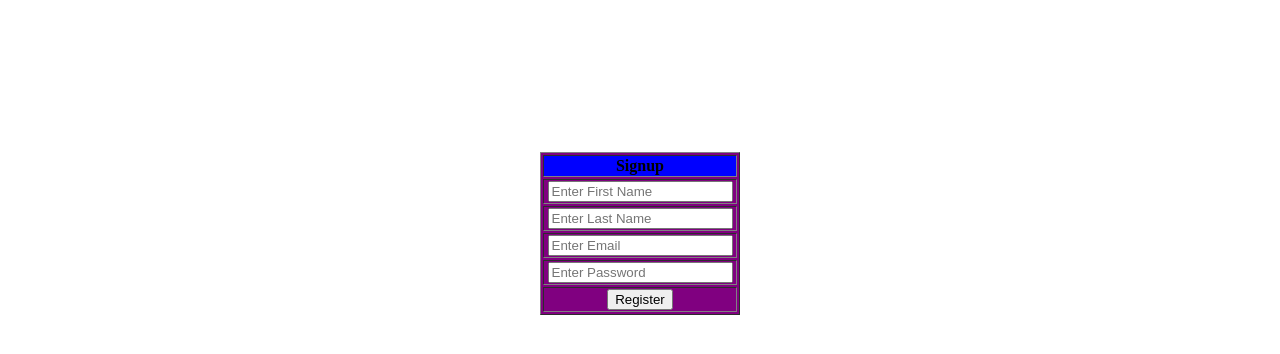
Repository: 1919satya/Mode2
Page: sample/sample/WebContent/sample.html
These files come from the project's save history. The page is drawn as it stood at one moment and after the next save; the edit follows.
The browser window is 1280 px wide. The pictures show the whole page.

Above is the page before, as saved 2019-10-10 13:13:22.

### sample/sample/WebContent/sample.html
<!DOCTYPE html>
<html>
<head>
<meta charset="ISO-8859-1">
<title>Insert title here</title>
</head>
<body>

<form >
<div class="container">
<table border="1" align="center" width="200" bgcolor="purple" >
  <th bgcolor="blue">Signup</th>
  <tr>
   <th><input type="text" placeholder="Enter First Name" ></th><br/><br/>
   </tr>

   <tr>
    <th><input type="text" placeholder="Enter Last Name" ></th> <br/><br/>
    </tr>

    <tr>
   <th><input type="text" placeholder="Enter Email" ></th> <br/><br/>
   </tr>

<tr>

    <th><input type="password" placeholder="Enter Password" ></th> <br/><br/>
    </tr>


   <tr>
   <center>
    <th><input type="submit"  value="Register" /></th>
    </center>
    </tr>

  </div>


</form>
</table>
</body>
</html>

After the next save:
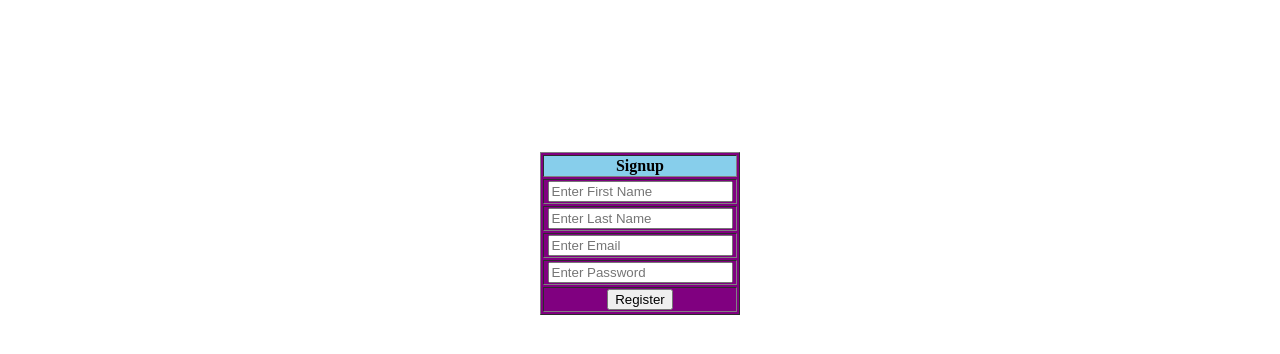
Saved 15 s later.
--- a/sample/sample/WebContent/sample.html
+++ b/sample/sample/WebContent/sample.html
@@ -9,7 +9,7 @@
 <form >
 <div class="container">
 <table border="1" align="center" width="200" bgcolor="purple" >
-  <th bgcolor="blue">Signup</th>
+  <th bgcolor="skyblue">Signup</th>
   <tr>
    <th><input type="text" placeholder="Enter First Name" ></th><br/><br/>
    </tr>
